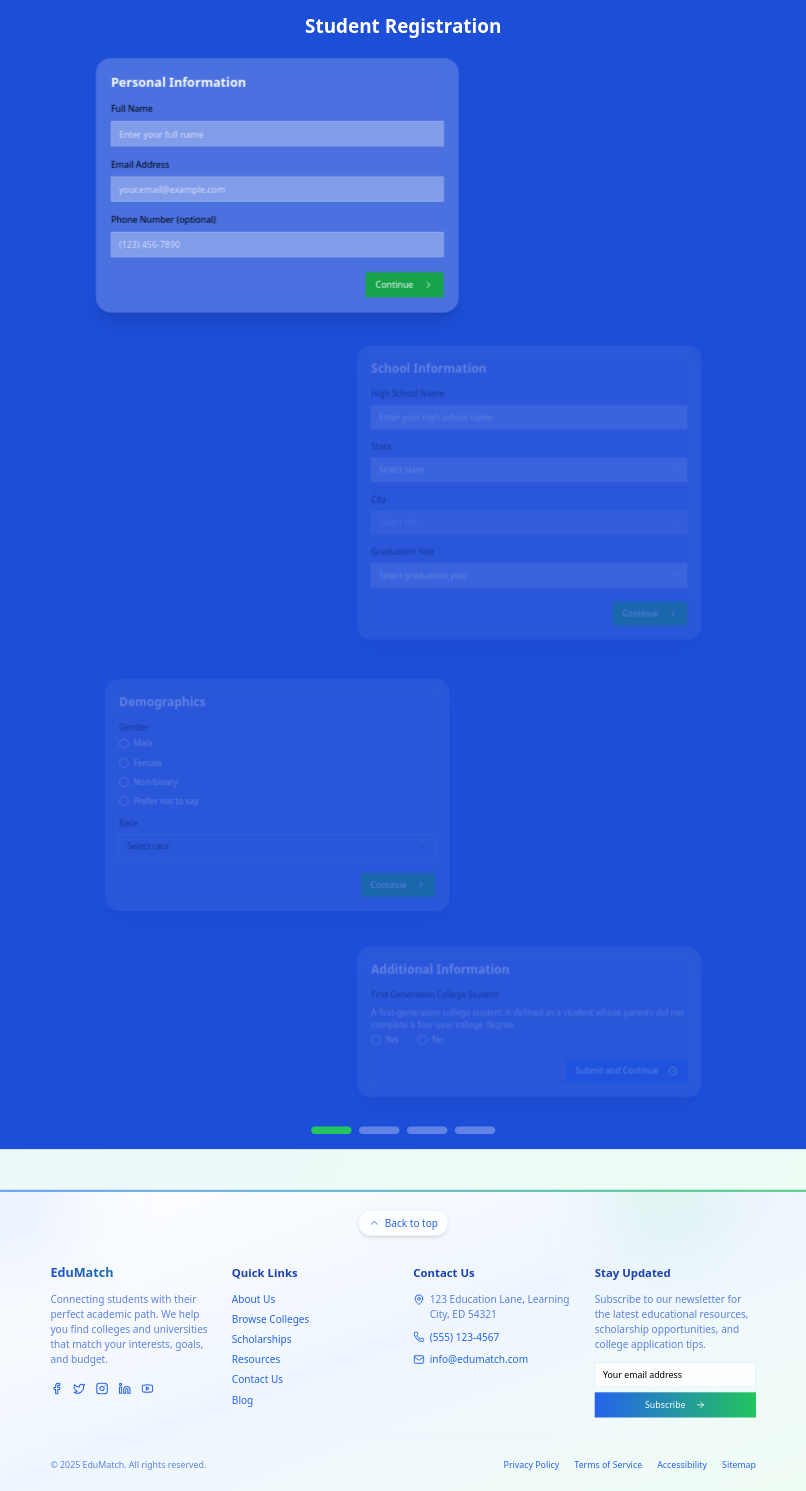
Repository: Kish202/EdTech
Page: /register
These files come from the project's save history. The page is drawn as it stood at one moment and after the next save; the edit follows.
The browser window is 1280 px wide. The pictures show the whole page, at 63% of full size.
The project was rebuilt for these pictures with package versions that can differ from the ones it lists, and the page was loaded fresh each time. Also part of the build but not shown: vite.config.js, src/components/sections/Navbar.jsx, src/components/registerforms/RegisterForm.jsx, src/components/sections/Hero.jsx, src/components/sections/Steps.jsx, src/components/ui/avatar.jsx, src/components/sections/Testmonials.jsx, src/components/ui/alert.jsx and 11 more.

Above is the page before, as saved 2025-04-18 18:36:24.

After the next save:
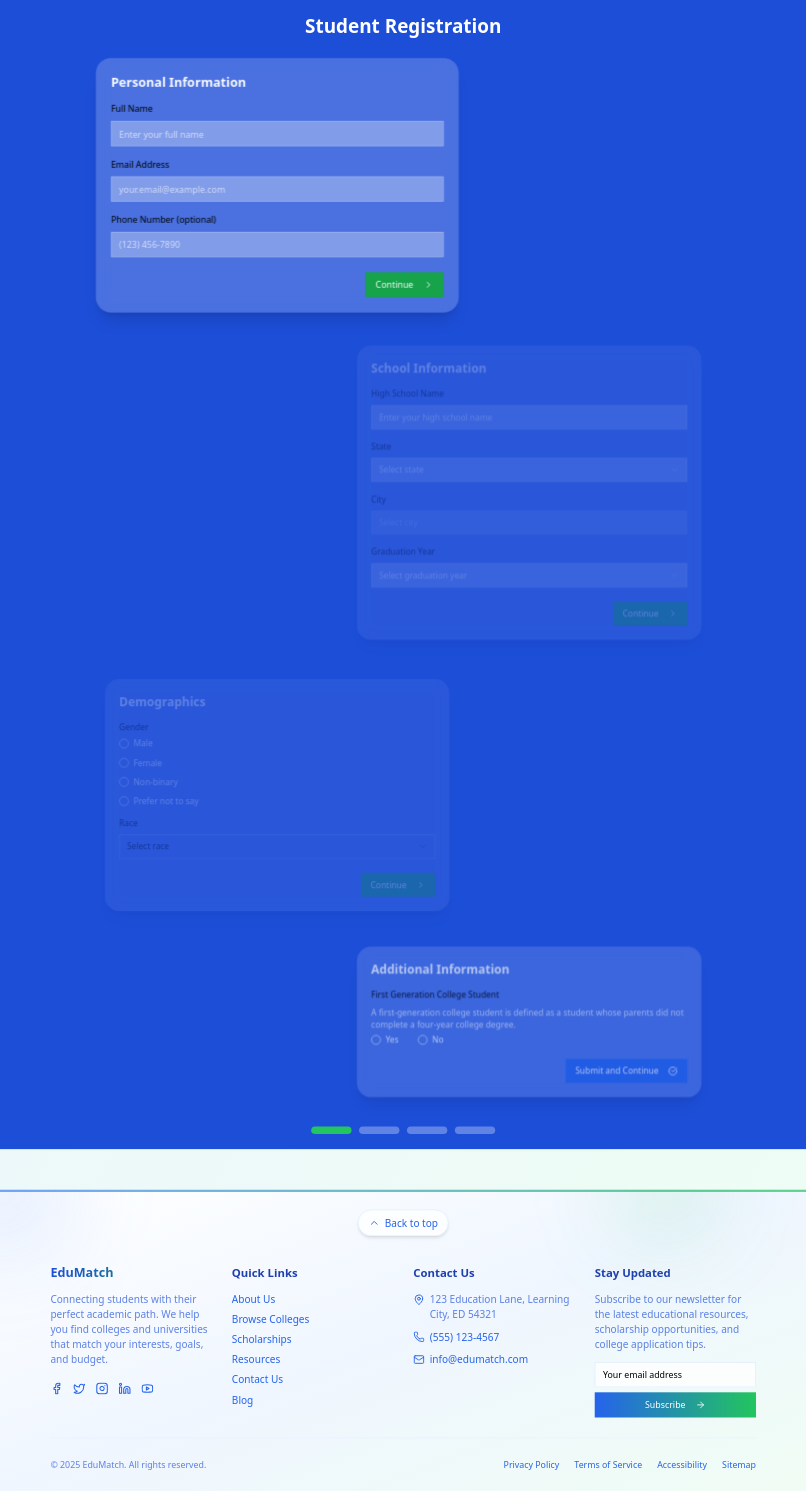
Saved 5 s later.
--- a/src/components/registerforms/Form1.jsx
+++ b/src/components/registerforms/Form1.jsx
@@ -517,7 +517,7 @@ export default function RegistrationForm() {
         {/* Card 4: First Generation Status */}
         <Card
           ref={cardRefs[3]}
-          className={`bg-white/20 backdrop-blur-md shadow-xl border-0 transition-all duration-300 transform max-w-xl mr-0 md:mr-32 ml-auto rounded-3xl ${currentCard === 3 ? 'scale-100 opacity-100' : 'scale-95 opacity-30'}`}
+          className={`bg-white/20 backdrop-blur-md shadow-xl border-0 transition-all duration-300 transform max-w-xl mr-0 md:mr-32 ml-auto rounded-3xl ${currentCard === 3 ? 'scale-100 opacity-100' : 'scale-95 opacity-70'}`}
         >
           <CardContent className="pt-6">
             <h2 className="text-xl font-semibold mb-4 text-white">Additional Information</h2>
